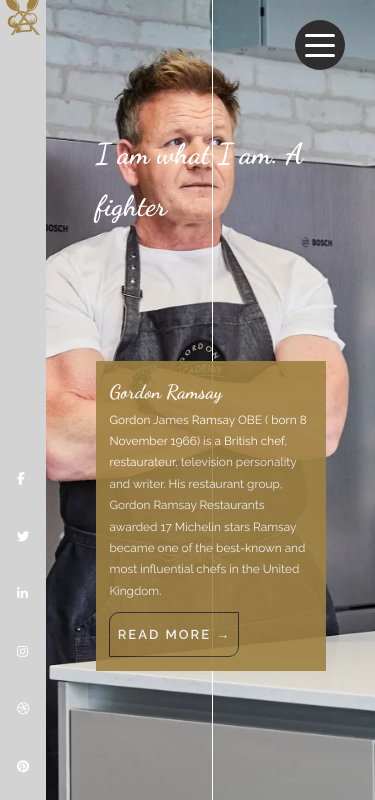
Repository: Esraa22M/Gordon-Ramsay-Biography
Page: index.html
These files come from the project's save history. The page is drawn as it stood at one moment and after the next save; the edit follows.
The browser window is 375 px wide. The pictures show the whole page.
Some web libraries are served in a nearby version.

Above is the page before, as saved 2022-12-13 17:22:39.

### index.html
<!DOCTYPE html>
<html lang="en">

<head>
    <meta charset="UTF-8">
    <meta http-equiv="X-UA-Compatible" content="IE=edge">
    <meta name="viewport" content="width=device-width, initial-scale=1.0">
    <title>Gordon-Ramsay-Biography
    </title>
    <!-- google fonts -->
    <link rel="preconnect" href="https://fonts.googleapis.com">
    <link rel="preconnect" href="https://fonts.gstatic.com" crossorigin>
    <link
        href="https://fonts.googleapis.com/css2?family=Dancing+Script:wght@400;500;600;700&family=Raleway:ital,wght@0,100;0,200;0,300;0,400;0,500;0,600;0,700;0,800;0,900;1,100;1,200;1,300;1,400;1,500;1,600;1,700;1,800;1,900&display=swap"
        rel="stylesheet">
    <link href="https://fonts.googleapis.com/css2?family=Dancing+Script:wght@400;500;600;700&display=swap"
        rel="stylesheet">

    <!-- external style -->
    <link rel="stylesheet" href="style.css" />
    <!-- fontawsome -->
    <script src="https://kit.fontawesome.com/8684e53235.js" crossorigin="anonymous"></script>
    <!-- scripts -->
    <script src="main.js" defer></script>
</head>

<body>
    <!-- Asidebar Nav-->
    <aside id="aside-nav">
        <div class="aside--nav__content">
            <img src="./img/chef-logo.svg" alt="side Navbar logo" class="aside--nav__content__logo">

            <nav class="aside-nav__content__nav" role="side nav">
                <ul class="aside--nav__content__nav--social">
                    <li><a href="#"><i class="fab fa-facebook-f"></i></a></li>
                    <li><a href="#"><i class="fab fa-twitter"></i></a></li>
                    <li><a href="#"><i class="fab fa-linkedin-in"></i></a></li>
                    <li><a href="#"><i class="fab fa-instagram"></i></a></li>
                    <li><a href="#"><i class="fab fa-dribbble"></i></a></li>
                    <li><a href="#"><i class="fa-brands fa-pinterest"></i></a></li>
                </ul>
            </nav>
        </div>
    </aside>
    <!-- Main Content -->
    <main>
        <header id="header">
            <div class="primary-nav-container">
                <!-- hamburger icon -->
                <div class="header__primary-nav--hamburger">
                    <div class="line line-1"></div>
                    <div class="line line-2"></div>
                    <div class="line line-3"></div>
                </div>
                <!-- Primary Nav -->
                <nav id="header__primary-nav">

                    <ul class="header__primary-nav-links">
                        <li class="header__primary-nav-links--link-item"><a href="#"
                                class="header__primary-nav--nav-link">Home</a></li>
                        <li class="header__primary-nav-links--link-item"><a href="#"
                                class="header__primary-nav--nav-link">About</a></li>
                        <li class="header__primary-nav-links--link-item"><a href="#"
                                class="header__primary-nav--nav-link">Recipes</a></li>
                        <li class="header__primary-nav-links--link-item"><a href="#"
                                class="header__primary-nav--nav-link">Services</a></li>
                        <li class="header__primary-nav-links--link-item"><a href="#"
                                class="header__primary-nav--nav-link">Qoutes</a></li>
                        <li class="header__primary-nav-links--link-item"><a href="#"
                                class="header__primary-nav--nav-link">Contact</a></li>
                    </ul>
                </nav>
            </div>
        </header>
        <!-- hero section -->
        <section id="show-case">
            <h1 class="show-case__word">I am what I am. A fighter</h1>
            <div class="show-case__content">
                <h1 class="show-case__content-title"> Gordon Ramsay
                </h1>
                <p class="show-case__content--bio">Gordon James Ramsay OBE ( born 8 November 1966) is a British chef,
                    restaurateur, television personality and
                    writer. His restaurant group, Gordon Ramsay Restaurants awarded 17
                    Michelin stars
                    Ramsay became one of the best-known and most influential chefs in the United Kingdom.
                </p>
                <a href="#" class="show-case__content--link">Read More &#8594
                </a>
            </div>
        </section>
    </main>
</body>

</html>

### style.css
*,
*::after,
*::before {
  box-sizing: border-box;
  margin: 0;
  padding: 0;
}
/* utility components */
:root {
  font-size: 62.5%;
  /* colors */
  --clr-neutral-200: rgb(47, 45, 45);
  --clr-neutral-100: #212529;
  --clr-light: #ffff;
  --clr-primary: rgb(159, 129, 66);
  --ff-primary: "Raleway", sans-serif;

  --ff-secondary: "Dancing Script", cursive;
}
body {
  font-family: var(--ff-primary);
  line-height: 1.8;
  display: flex;
  width: 100vw;
}
ul {
  list-style: none;
}
a:link,
a:visited {
  text-decoration: none;
  cursor: pointer;
  color: var(--clr-light);
}
/* -------------------Main Styling-------*/

/* ---side nav-- */
#aside-nav {
  position: sticky;
  top: 0;
  left: 0;
  height: 100vh;
}
.aside--nav__content {
  height: 100vh;
  display: flex;
  flex-direction: column;
  justify-content: space-between;
  background-color: lightgray;
  align-items: center;
}
.aside--nav__content__logo {
  width: calc(3vw + 3vh);
  height: calc(3vw + 3vh);
  object-fit: cover;
}
.aside-nav__content__nav {
  height: 100%;
  display: flex;
  flex-direction: column;
  align-items: center;
  padding: calc(0.3em + 0.4vw);
  justify-content: flex-end;
}
.aside--nav__content__nav--social {
  list-style: none;
}

.aside--nav__content__nav--social a i {
  font-size: calc(1rem + 0.666vw);
  color: var(--clr-light);
  margin: calc(2rem + 0.666vw) calc(1rem + 0.666vw);
  transition: color 0.3s cubic-bezier(0.075, 0.82, 0.165, 1);
}

.aside--nav__content__nav--social a i:hover,
.aside--nav__content__nav--social a i:focus-within,
.aside--nav__content__nav--social a i:active {
  color: var(--clr-primary);
}
/* Main content */
main {
  flex: 1;
}
/* ---Primary Nav ---*/
header#header {
  background-color: var(--clr-neutral-100);
  width: 100%;
}
:where(#header__primary-nav) {
  height: calc(3vw + 3vh);
  width: 100%;
}
.header__primary-nav-links {
  display: flex;
  height: 100%;
  justify-content: center;
  align-items: center;
}
.header__primary-nav-links .header__primary-nav-links--link-item {
  padding-right: 3vw;
}
.header__primary-nav--nav-link {
  font-size: 1.8rem;
  text-transform: capitalize;
  position: relative;
  padding: 0.2rem 0.6rem;
}
.header__primary-nav--nav-link:link::before,
.header__primary-nav--nav-link:visited::before,
.header__primary-nav--nav-link:link::after,
.header__primary-nav--nav-link:visited::after {
  content: "";
  position: absolute;
  left: 0;
  width: 100%;
  height: 0.25rem;
  background-color: var(--clr-primary);
  transform: scaleX(0);
  transition: transform 0.6s cubic-bezier(1, 0, 0, 1);
}
.header__primary-nav--nav-link:link::before,
.header__primary-nav--nav-link:visited::before {
  top: 0;
  transform-origin: right;
}
.header__primary-nav--nav-link:link::after,
.header__primary-nav--nav-link:visited::after {
  bottom: 0;
  transform-origin: left;
}
.header__primary-nav--nav-link:hover::before,
.header__primary-nav--nav-link:active::before,
.header__primary-nav--nav-link:hover::after,
.header__primary-nav--nav-link:active::after {
  transform: scaleX(1);
}
/*-------------showcase section---------------*/
section#show-case {
  background-image: url("./img/GRA_Gordon_010921.webp");
  background-size: cover;
  object-fit: cover;
  background-attachment: fixed;
  background-position: center;
  height: 100vh;
  color: var(--clr-light);
  display: flex;
  justify-content: space-evenly;
  align-items: center;
}
.show-case__content {
  background-color: var(--clr-primary);
  opacity: 0.9;
  padding: calc(1rem + 1vw);
  min-height: calc(5rem + 20vmax);
  width: calc(5rem + 32vmax);
  display: flex;
  flex-direction: column;
  justify-content: space-between;
  animation: hero 2s ease-in-out;
}
@keyframes hero{
  0%{
    transform:  translateX(-60rem) rotate(369deg);
    opacity: 0;
  }
  100%{
    transform: translateX(0);
    opacity: 1;
  }
}
.show-case__word {
  width: 30rem;
  font-size: calc(1rem + 5vw);
}
.show-case__content-title {
  font-size: calc(1rem + 2.5vw);
}
.show-case__content-title,
.show-case__word {
  font-family: var(--ff-secondary);
}
.show-case__content--bio {
  font-size: calc(1rem + 0.5vw);
}
.show-case__content--link:visited,
.show-case__content--link:link {
  padding: 1rem 0;
  transition: all 0.5s ease-in-out;
  width: 13rem;
  text-align: center;
    margin-top: 1rem;

  text-transform: uppercase;
  font-size: 1.3rem;
  position: relative;
  border: 1px solid var(--clr-neutral-200);
  border-bottom-right-radius: 1rem 1rem;
  border-top-left-radius: 1rem 1rem;
  font-weight: 600;
  letter-spacing: 0.2rem;
}
.show-case__content--link:visited::after,
.show-case__content--link:link::after {
  content: "";
  position: absolute;
  z-index: -2;
  inset: 0;
  background-color: var(--clr-neutral-200);
  transform: scaleX(0);
  transform-origin: right;
  transition: transform 0.4s;
}
.show-case__content--link:visited:hover,.show-case__content--link:link:hover
{
  border-radius: unset;
  border: unset;
}
.show-case__content--link:hover::after,
.show-case__content--link:active::after {
  transform: scaleX(1);
    transform-origin: left;

}
@media screen and (max-width: 950px) { /*showcase section**/
    section#show-case {
    background-image: url(./img/GRA_Gordon.png);
    justify-content: space-evenly;
    align-items: left;
    flex-direction: column;
    background-position: 10%;
  }
  .show-case__content,.show-case__word{
    width: 70%;
  }
}
/* max width (610px) */
@media screen and (max-width: 610px) {
  .primary-nav-container {
    position: relative;
  }
  :where(#header__primary-nav) {
    width: 30rem;
    height: 100%;
    position: fixed;
    background-color: var(--clr-neutral-200);
    top: 0;
    right: 0;
    z-index: 100;
    opacity: 0;
    text-align: center;
  }
  .main__nav--position {
    opacity: 1;
  }
  .header__primary-nav-links {
    flex-direction: column;
    align-items: flex-start;
  }

  /* .header__primary-nav-links::after {
    content: "";
    position: absolute;
    height: 50%;
    width: 50%;
    opacity: 0.8;
    z-index: -1;
    border-radius: 10px 5% / 20px 25em 30px 35em;

    background-color: var(--clr-neutral-100);
    box-shadow: 0 0 0.3rem 0.1rem var(--clr-primary);
    left: 2rem;
  } */

  .header__primary-nav-links :where(.header__primary-nav-links--link-item) {
    margin-bottom: 4vh;
    margin-left: 6vw;
    opacity: 0;
  }

  .header__primary-nav--hamburger {
    width: 5rem;
    height: 5rem;
    position: fixed;
    z-index: 200;
    top: 2rem;
    right: 3rem;
    background-color: var(--clr-neutral-200);
    cursor: pointer;
    border-radius: 50%;
    padding: 1rem;
    display: flex;
    flex-direction: column;
    justify-content: space-around;
  }
  .line {
    width: 100%;
    height: 0.3rem;
    background-color: var(--clr-light);
    border-radius: 0.2rem;
    transition: all 0.4s ease-in-out;
  }
  .primary-nav-container[aria-expanded="true"] .line-1 {
    transform: rotateZ(-405deg) translate(-1.25rem);
  }
  .primary-nav-container[aria-expanded="true"] .line-2 {
    opacity: 0;
  }
  .primary-nav-container[aria-expanded="true"] .line-3 {
    transform: rotateZ(45deg) translate(-1.5rem);
  }
  .fade {
    opacity: 1;
  }
    section#show-case {
    background-position: 10%;
  }
}

### main.js
/*----------primary nav------------*/
const mainNavContainer = document.querySelector(".primary-nav-container");
const hamburgerContainer = document.querySelector("#header__primary-nav");
const hamburger = document.querySelector(".header__primary-nav--hamburger");
const links = document.querySelectorAll(".header__primary-nav-links li");
let handleMainNavbarExpantion = function () {
  hamburgerContainer.classList.contains("main__nav--position")
    ? mainNavContainer.setAttribute("aria-expanded", false)
    : mainNavContainer.setAttribute("aria-expanded", true);
  hamburgerContainer.classList.toggle("main__nav--position");
  links.forEach((link, i) => {
    link.style.transition = `all 0.5s ease-in-out ${i * 0.2 + 0.2}s`;
    link.classList.toggle("fade");
  });
};
hamburger.addEventListener("click", handleMainNavbarExpantion);

Loaded but not shown: img/chef-logo.svg (8 lines, source omitted)

After the next save:
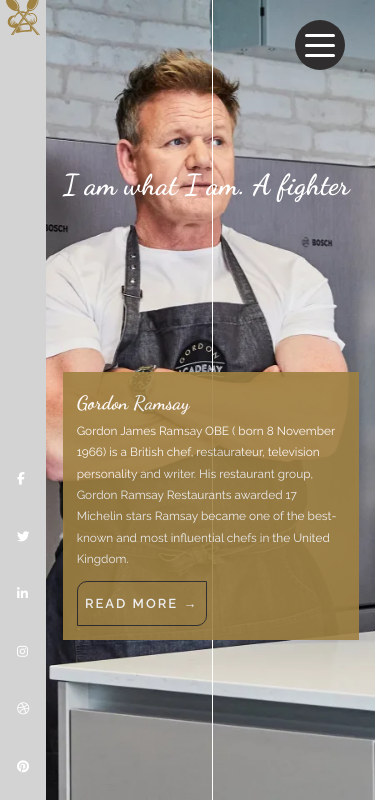
Saved 28 s later.
--- a/style.css
+++ b/style.css
@@ -314,5 +314,9 @@
   }
     section#show-case {
     background-position: 10%;
-  }
-}
+    align-items: center;
+  }
+  .show-case__content,.show-case__word{
+    width: 90%;
+  }
+}
